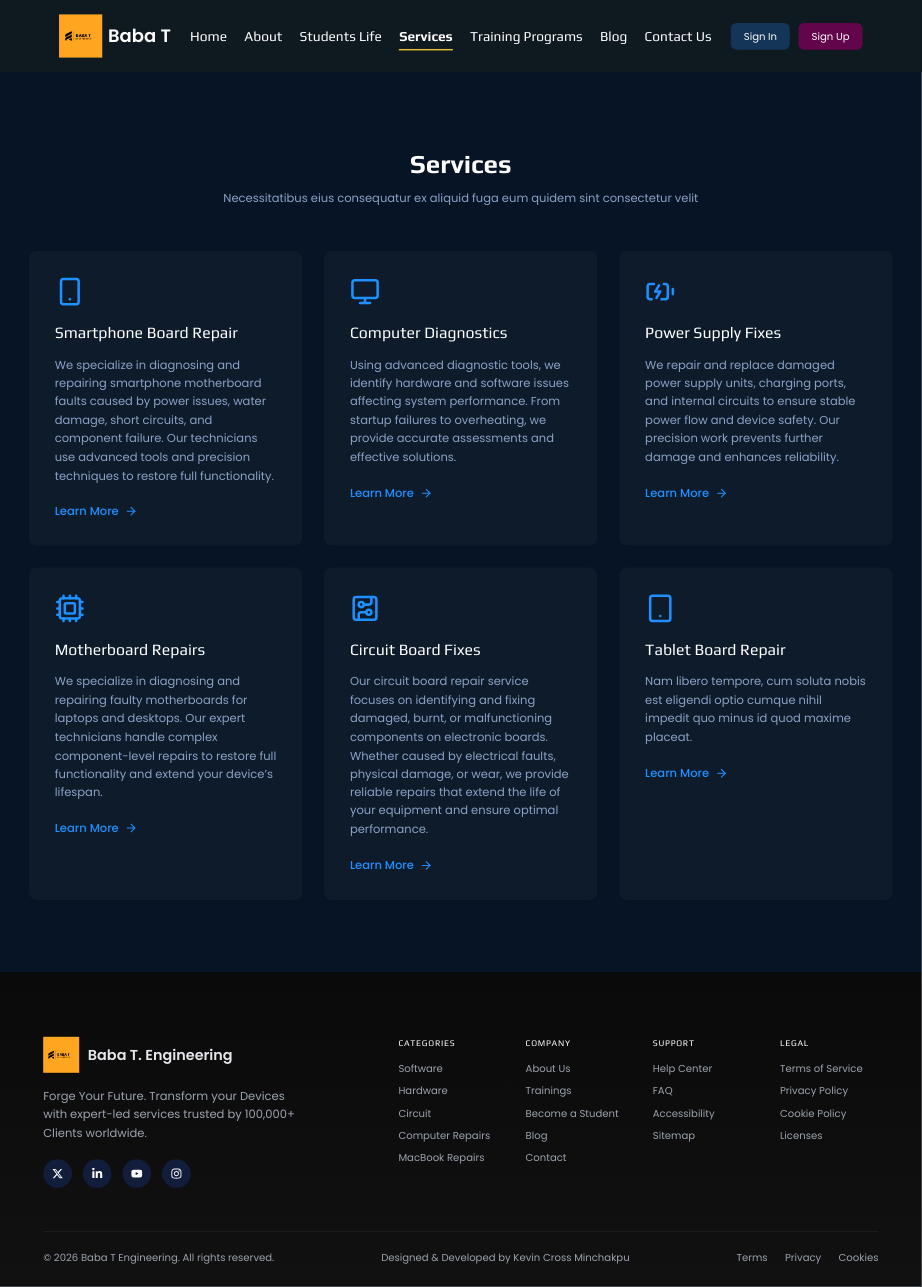
Repository: KC-Minchakpu/babatunde
Page: /services
The author's editor kept a copy of each file at every save. The page is drawn from the files as they stood at one save, then again after the next save.
The browser window is 1280 px wide. The pictures show the whole page, at 72% of full size.
The project was rebuilt for these pictures with package versions that can differ from the ones it lists, and the page was loaded fresh each time. The framework's server and built-in components were replaced by stand-ins that run in the browser. Also part of the build but not shown: next.config.ts.

Above is the page before, as saved 2026-02-21 13:09:41.

### src/app/layout.tsx
import type { Metadata } from "next";
import { Play, Poppins } from "next/font/google";
import "./globals.css";
import Header from "@/components/Header/Header";
import Footer from "@/components/Footer/Footer";

const play = Play({
  variable: "--font-play",
  subsets: ["latin"],
  weight: ["400", "700"],
});

const poppins = Poppins({
  variable: "--font-poppins",
  subsets: ["latin"],
  weight: ["400", "500", "600", "700"],
});

export const metadata: Metadata = {
  title: "Baba T Engineering",
  description: "Official web app of Baba T Engineering, a leading engineering company specializing in innovative solutions and cutting-edge technology.",
};

export default function RootLayout({
  children,
}: Readonly<{
  children: React.ReactNode;
}>) {
  return (
    <html lang="en">
      <body
        className={`${play.variable} ${poppins.variable} antialiased`}
      >
        <Header />
        {children}
        <Footer />
      </body>
    </html>
  );
}

### src/app/services/page.tsx
import Services from "@/components/Services/Services";

export default function ServicesPage() {
  return (
    <>
    <Services />
    </>
  );
}

### src/app/globals.css
@import "tailwindcss";

:root {
  --background: #f2fafa;
  --foreground: #1f1e1e;
}

body {
  background: var(--background);
  color: var(--foreground);
  font-family: var(--font-poppins);
}

h1, h2, h3, h4, h5, h6 {
  font-family: var(--font-play);
}

h1 {
  color: red;
  font-size: 35px;
}

### src/components/Header/Header.tsx
"use client";

import Link from "next/link";
import Image from "next/image";
import styles from "./Header.module.css";
import { useState } from "react";
import { usePathname } from "next/navigation";

const Header = () => {
  const [isOpen, setIsOpen] = useState(false);
  const pathname = usePathname();

  const isActive = (path: string) => pathname === path;
  const isAboutActive = () => pathname.startsWith("/about");

  return (
    <header className={styles.header}>
      <div className={styles.container}>
        {/* Logo */}
        <div className={styles.logo}>
          <Link href="/">
            <Image
              src="/images/logo23.png"
              alt="Baba T Logo"
              width={60}
              height={60}
            />
          </Link>
          <span className={styles.logoText}>Baba T</span>
        </div>

        {/* Navigation */}
        <nav className={styles.nav}>
          <Link
            href="/"
            className={isActive("/") ? styles.active : ""}
          >
            Home
          </Link>

          <div
            className={styles.dropdown}
            onMouseEnter={() => setIsOpen(true)}
            onMouseLeave={() => setIsOpen(false)}
          >
            <Link
              href="/about"
              className={`${styles.dropdownToggle} ${
                isAboutActive() ? styles.active : ""
              }`}
            >
              About
            </Link>

            {isOpen && (
              <div className={styles.dropdownMenu}>
                <Link href="/about/history" className={isActive("/about/history") ? styles.active : ""}>
                  Our History
                </Link>
                <Link
                  href="/about/team"
                  className={
                    isActive("/about/team") ? styles.active : ""
                  }
                >
                  Our Team
                </Link>
                <Link href="/about/mission" className={isActive("/about/mission") ? styles.active : ""}>
                  Mission & Vision
                </Link>
                <Link href="/about/values" className={isActive("/about/values") ? styles.active : ""}>
                  Core Values
                </Link>
                <Link href="/about/careers" className={isActive("/about/careers") ? styles.active : ""}>
                  Careers
                </Link>
              </div>
            )}
          </div>

          <Link
            href="/students-life"
            className={
              isActive("/students-life") ? styles.active : ""
            }
          >
            Students Life
          </Link>

          <Link
            href="/services"
            className={isActive("/services") ? styles.active : ""}
          >
            Services
          </Link>

          <Link
            href="/training-programs"
            className={
              isActive("/training-programs") ? styles.active : ""
            }
          >
            Training Programs
          </Link>

          <Link
            href="/blog"
            className={isActive("/blog") ? styles.active : ""}
          >
            Blog
          </Link>

          <Link
            href="/contact"
            className={isActive("/contact") ? styles.active : ""}
          >
            Contact Us
          </Link>
        </nav>

        {/* Auth Buttons */}
        <div className={styles.actions}>
          <button className={styles.signIn}>Sign In</button>
          <button className={styles.signUp}>Sign Up</button>
        </div>
      </div>
    </header>
  );
};

export default Header;

### src/components/Footer/Footer.tsx
"use client";

import Image from "next/image";
import styles from "./Footer.module.css";
import {
  FaXTwitter,
  FaLinkedinIn,
  FaYoutube,
  FaInstagram
} from "react-icons/fa6";

export default function Footer() {
  return (
    <footer className={styles.footer}>
      <div className={styles.container}>
        <div className={styles.topSection}>

          {/* LEFT BRAND AREA */}
          <div className={styles.brand}>
            <div className={styles.logo}>
              <Image
                src="/images/logo23.png"
                alt="Baba T Logo"
                width={50}
                height={50}
              />
              <span>Baba T. Engineering</span>
            </div>

            <p>
              Forge Your Future. Transform your Devices with expert-led services
              trusted by 100,000+ Clients worldwide.
            </p>

            {/* SOCIAL ICONS */}
            <div className={styles.socials}>
              <a href="#" aria-label="Twitter">
                <FaXTwitter />
              </a>
              <a href="#" aria-label="LinkedIn">
                <FaLinkedinIn />
              </a>
              <a href="#" aria-label="YouTube">
                <FaYoutube />
              </a>
              <a href="#" aria-label="Instagram">
                <FaInstagram />
              </a>
            </div>
          </div>

          {/* LINKS GRID */}
          <div className={styles.linksGrid}>
            <div>
              <h4>CATEGORIES</h4>
              <a>Software</a>
              <a>Hardware</a>
              <a>Circuit</a>
              <a>Computer Repairs</a>
              <a>MacBook Repairs</a>
            </div>

            <div>
              <h4>COMPANY</h4>
              <a>About Us</a>
              <a>Trainings</a>
              <a>Become a Student</a>
              <a>Blog</a>
              <a>Contact</a>
            </div>

            <div>
              <h4>SUPPORT</h4>
              <a>Help Center</a>
              <a>FAQ</a>
              <a>Accessibility</a>
              <a>Sitemap</a>
            </div>

            <div>
              <h4>LEGAL</h4>
              <a>Terms of Service</a>
              <a>Privacy Policy</a>
              <a>Cookie Policy</a>
              <a>Licenses</a>
            </div>
          </div>
        </div>

        <div className={styles.divider}></div>

        <div className={styles.bottomBar}>
          <p>© 2026 Baba T Engineering. All rights reserved.</p>
          <p>Designed & Developed by Kevin Cross Minchakpu</p>

          <div className={styles.bottomLinks}>
            <a>Terms</a>
            <a>Privacy</a>
            <a>Cookies</a>
          </div>
        </div>
      </div>
    </footer>
  );
}

### src/components/Services/Services.tsx
"use client";

import styles from "./Services.module.css";
import {
  Smartphone,
  Monitor,
  BatteryCharging,
  Cpu,
  CircuitBoard,
  Tablet,
  ArrowRight,
} from "lucide-react";

const services = [
  {
    title: "Smartphone Board Repair",
    description:
      "We specialize in diagnosing and repairing smartphone motherboard faults caused by power issues, water damage, short circuits, and component failure. Our technicians use advanced tools and precision techniques to restore full functionality.",
    icon: Smartphone,
  },
  {
    title: "Computer Diagnostics",
    description:
      "Using advanced diagnostic tools, we identify hardware and software issues affecting system performance. From startup failures to overheating, we provide accurate assessments and effective solutions.",
    icon: Monitor,
  },
  {
    title: "Power Supply Fixes",
    description:
      "We repair and replace damaged power supply units, charging ports, and internal circuits to ensure stable power flow and device safety. Our precision work prevents further damage and enhances reliability.",
    icon: BatteryCharging,
  },
  {
    title: "Motherboard Repairs",
    description:
      "We specialize in diagnosing and repairing faulty motherboards for laptops and desktops. Our expert technicians handle complex component-level repairs to restore full functionality and extend your device’s lifespan.",
    icon: Cpu,
  },
  {
    title: "Circuit Board Fixes",
    description:
      "Our circuit board repair service focuses on identifying and fixing damaged, burnt, or malfunctioning components on electronic boards. Whether caused by electrical faults, physical damage, or wear, we provide reliable repairs that extend the life of your equipment and ensure optimal performance.",
    icon: CircuitBoard,
  },
  {
    title: "Tablet Board Repair",
    description:
      "Nam libero tempore, cum soluta nobis est eligendi optio cumque nihil impedit quo minus id quod maxime placeat.",
    icon: Tablet,
  },
];

export default function Services() {
  return (
    <section className={styles.services}>
      <div className={styles.container}>
        <h2 className={styles.title}>Services</h2>

        <p className={styles.subtitle}>
          Necessitatibus eius consequatur ex aliquid fuga eum quidem sint
          consectetur velit
        </p>

        <div className={styles.grid}>
          {services.map((service, index) => {
            const Icon = service.icon;

            return (
              <div key={index} className={styles.card}>
                <Icon className={styles.icon} size={42} />

                <h3>{service.title}</h3>

                <p>{service.description}</p>

                <a href="#" className={styles.link}>
                  Learn More <ArrowRight size={18} />
                </a>
              </div>
            );
          })}
        </div>
      </div>
    </section>
  );
}

### src/components/Header/Header.module.css
.header {
  width: 100%;
  height: 100px;
  background: #0F1A20;
  padding: 20px;
  position: sticky;
  top: 0;
  z-index: 1000;
}

.container {
  width: 90%;
  margin: 0 auto;
  display: flex;
  align-items: center;
  justify-content: space-between;
}

/* Logo */
.logo {
  display: flex;
  align-items: center;
  gap: 8px;
  cursor: pointer;
}

.logoCircle {
  width: 40px;
  height: 40px;
  border-radius: 50%;
  background: linear-gradient(135deg, #8e2de2, #4a00e0);
  display: flex;
  align-items: center;
  justify-content: center;
  color: white;
  font-weight: bold;
}

.logoText {
  font-size: 25px;
  font-weight: 600;
  color: #ffffff;
  font-family: "Poppins", sans-serif;
}

/* Nav */
.nav {
  display: flex;
  align-items: center;
  gap: 24px;
  font-family: 'Play', sans-serif;

}

.nav a,
.dropdownToggle {
  color: #ffffff;
  text-decoration: none;
  font-size: 19px;
  cursor: pointer;
  position: relative;
  transition: color 0.3s ease;
}

.nav a:hover,
.dropdownToggle:hover {
  color: #FFD23F;
}

/* Dropdown */
.dropdown {
  position: relative;
}

.dropdownMenu {
  position: absolute;
  width: 250px;
  top: 35px;
  left: 0;
  background: #0F1A20;
  border-radius: 8px;
  padding: 10px 0;
  min-width: 180px;
  box-shadow: 0 10px 25px rgba(0, 0, 0, 0.15);
  display: flex;
  flex-direction: column;
}

.dropdownMenu a {
  padding: 10px 16px;
  color: #ffffff;
  font-size: 19px;
  text-decoration: none;
  transition: background 0.2s ease;
}

.dropdownMenu a:hover {
  color: #FFD23F;
}

/* Buttons */
.actions {
  display: flex;
  gap: 12px;
}

.signIn {
  padding: 8px 18px;
  border-radius: 8px;
  border: none;
  cursor: pointer;
  color: white;
  background: #143458;
  font-size: 14px;
}

.signUp {
  padding: 8px 18px;
  border-radius: 8px;
  border: none;
  cursor: pointer;
  color: white;
  background: #63054b;
  font-size: 14px;
}

/* Responsive */
@media (max-width: 1024px) {
  .nav {
    display: none;
  }
}

.active {
  color: #f1b32b;
  font-weight: 600;
  position: relative;
}

.active::after {
  content: "";
  position: absolute;
  left: 0;
  bottom: -6px;
  width: 100%;
  height: 2px;
  background-color: #e9c03a;
}

### src/components/Footer/Footer.module.css
.footer {
  background: linear-gradient(
    180deg,
    #0a0a0a,
    #111111
  );
  color: #e5e7eb;
  padding: 90px 0 30px;
}

.container {
  max-width: 1200px;
  margin: 0 auto;
  padding: 0 20px;
}

/* TOP SECTION */
.topSection {
  display: flex;
  justify-content: space-between;
  gap: 60px;
}

/* BRAND */
.brand {
  flex: 1.3;
}

.logo {
  display: flex;
  align-items: center;
  gap: 12px;
  font-weight: 600;
  font-size: 20px;
  margin-bottom: 20px;
}

.logoBox {
  width: 34px;
  height: 34px;
  border-radius: 10px;
  background: linear-gradient(135deg, #14b8a6, #f97316);
}

.brand p {
  color: #9ca3af;
  line-height: 1.6;
  margin-bottom: 24px;
  max-width: 350px;
}

/* =========================
   SOCIAL ICONS
========================= */
.socials {
  display: flex;
  gap: 15px;
  margin-top: 20px;
}

.socials a {
  width: 40px;
  height: 40px;
  background: #121c3b;
  border-radius: 50%;
  display: flex;
  align-items: center;
  justify-content: center;
  color: #ffffff;
  font-size: 16px;
  transition: all 0.3s ease;
}

.socials a:hover {
  background: #f8af28;
  transform: translateY(-4px);
}


/* LINKS GRID */
.linksGrid {
  flex: 2;
  display: grid;
  grid-template-columns: repeat(4, 1fr);
  gap: 40px;
}

.linksGrid h4 {
  font-size: 12px;
  letter-spacing: 1px;
  margin-bottom: 16px;
  color: #ffffff;
}

.linksGrid a {
  display: block;
  font-size: 14px;
  color: #9ca3af;
  margin-bottom: 10px;
  cursor: pointer;
  transition: color 0.3s ease;
}

.linksGrid a:hover {
  color: #ffffff;
}

/* DIVIDER */
.divider {
  height: 1px;
  background: rgba(255, 255, 255, 0.08);
  margin: 60px 0 25px;
}

/* BOTTOM BAR */
.bottomBar {
  display: flex;
  justify-content: space-between;
  align-items: center;
  font-size: 14px;
  color: #9ca3af;
}

.bottomLinks {
  display: flex;
  gap: 24px;
}

.bottomLinks a {
  cursor: pointer;
  transition: color 0.3s ease;
}

.bottomLinks a:hover {
  color: white;
}

/* RESPONSIVE */
@media (max-width: 1024px) {
  .topSection {
    flex-direction: column;
    gap: 50px;
  }

  .linksGrid {
    grid-template-columns: repeat(2, 1fr);
  }

  .bottomBar {
    flex-direction: column;
    gap: 15px;
    text-align: center;
  }
}

@media (max-width: 600px) {
  .linksGrid {
    grid-template-columns: 1fr;
  }
}

### src/components/Services/Services.module.css
.services {
  background: #071426;
  padding: 100px 20px;
  color: white;
}

.container {
  max-width: 1200px;
  margin: auto;
  text-align: center;
}

.title {
  font-size: 36px;
  font-weight: 700;
  margin-bottom: 10px;
}

.subtitle {
  color: #8ca3c7;
  margin-bottom: 60px;
}

.grid {
  display: grid;
  grid-template-columns: repeat(auto-fit, minmax(320px, 1fr));
  gap: 30px;
}

.card {
  background: #0d1b2a;
  padding: 35px;
  border-radius: 12px;
  text-align: left;

  transition: all 0.3s ease;

  border: 1px solid transparent;
}

.card:hover {
  transform: translateY(-8px);
  border-color: #1e90ff;
}

.icon {
  color: #1e90ff;
  margin-bottom: 20px;

}

.card h3 {
  margin-bottom: 15px;
  font-size: 22px;
}

.card p {
  color: #8ca3c7;
  margin-bottom: 25px;
  line-height: 1.6;
}

.link {
  display: inline-flex;
  align-items: center;
  gap: 8px;

  color: #1e90ff;
  text-decoration: none;
  font-weight: 500;
}

.link:hover {
  text-decoration: underline;
}

After the next save:
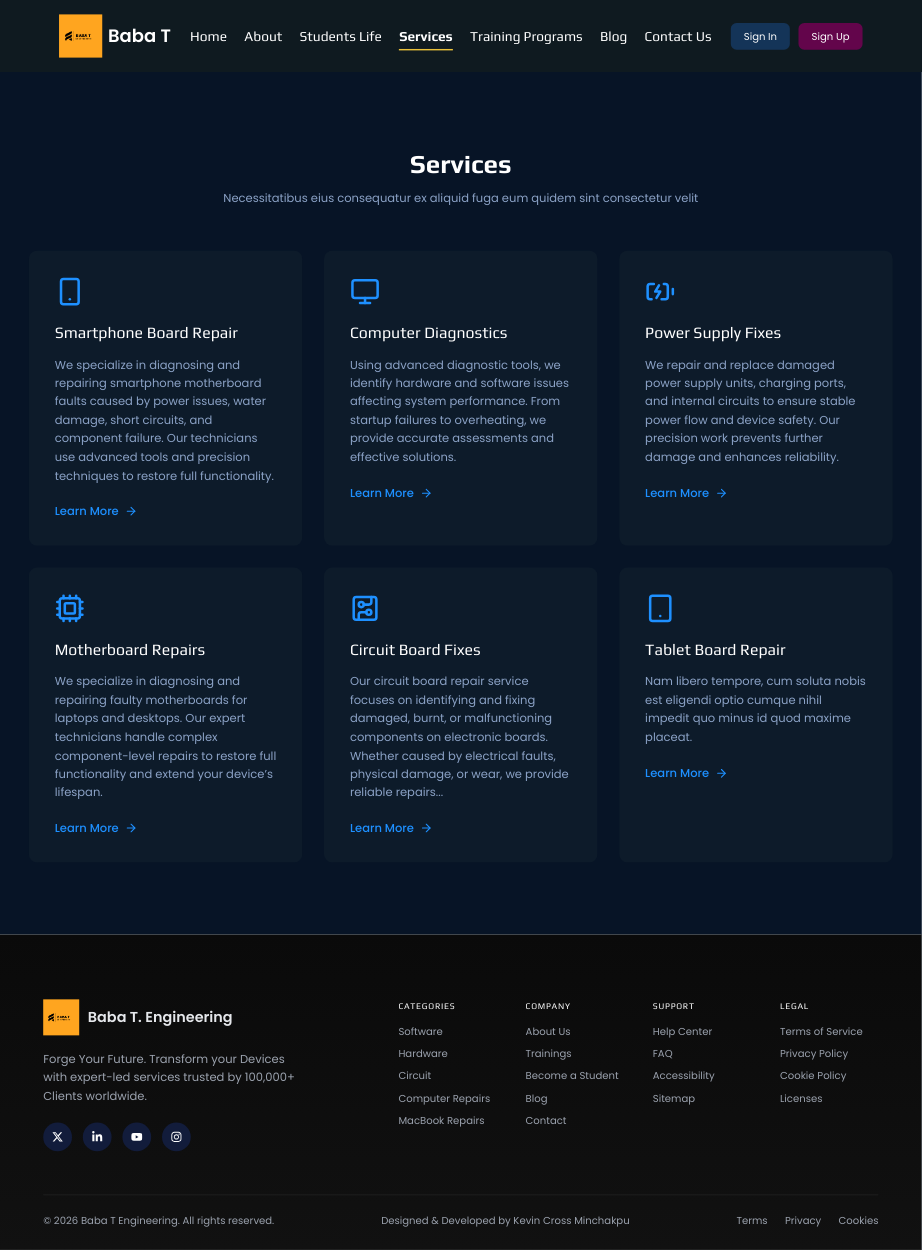
Saved 50 s later.
--- a/src/components/Services/Services.tsx
+++ b/src/components/Services/Services.tsx
@@ -39,7 +39,7 @@ const services = [
   {
     title: "Circuit Board Fixes",
     description:
-      "Our circuit board repair service focuses on identifying and fixing damaged, burnt, or malfunctioning components on electronic boards. Whether caused by electrical faults, physical damage, or wear, we provide reliable repairs that extend the life of your equipment and ensure optimal performance.",
+      "Our circuit board repair service focuses on identifying and fixing damaged, burnt, or malfunctioning components on electronic boards. Whether caused by electrical faults, physical damage, or wear, we provide reliable repairs...",
     icon: CircuitBoard,
   },
   {
